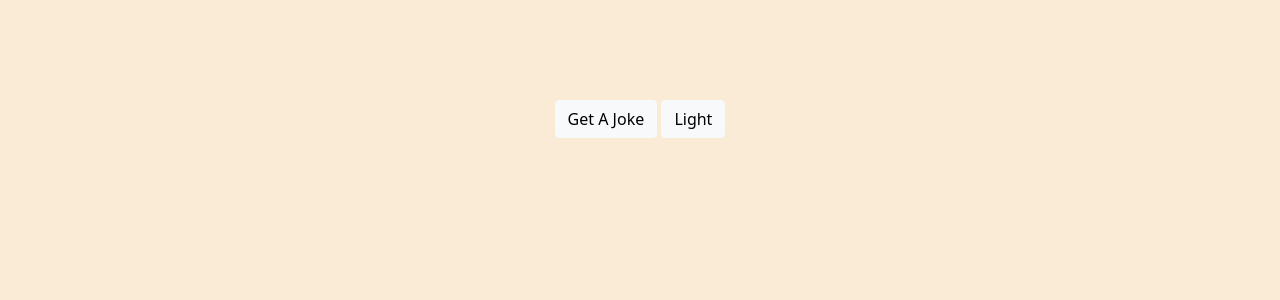
Repository: jontslater/jokegenerator2
Page: /
An editor plug-in stored every save of this project. The page is shown before and after a run of saves, followed by the edit.
The browser window is 1280 px wide. The pictures show the whole page.
The project was rebuilt for these pictures with package versions that can differ from the ones it lists, and the page was loaded fresh each time. Also part of the build but not shown: webpack.config.js.

Above is the page before, as saved 2023-11-20 20:53:13.

After the next 3 saves:
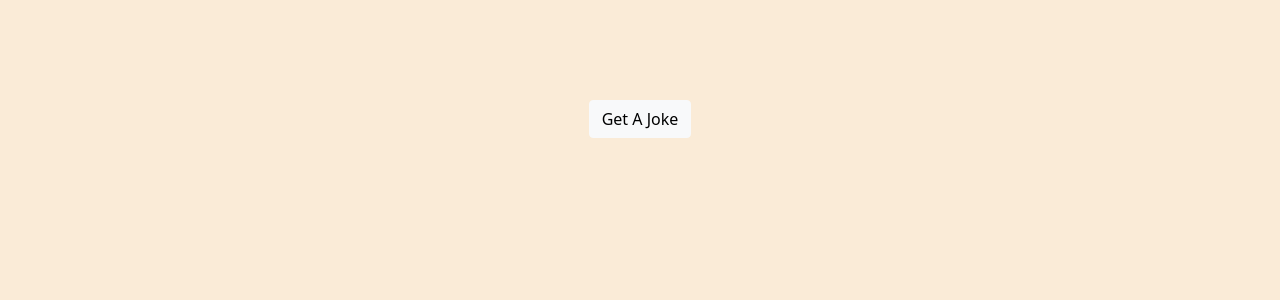
The 3 saves are shown as one change because 2 did not build or start.
The last was saved 17 min 31 s later.
--- a/public/main.js
+++ b/public/main.js
@@ -3,21 +3,25 @@
 import 'bootstrap'; // import bootstrap elements and js
 import '../styles/main.scss';
 import getRequest from '../api/promises';
+import renderToDom from '../utils/renderToDom';
 
 const init = () => {
   document.querySelector('#app').innerHTML = `
   <button id="getjoke" type="button" class="btn btn-light">Get A Joke</button>
-
-  <button id="getjoke2" type="button" class="btn btn-light">Light</button>`;
+  <div id='jokespot'></div>
+  <div id='jokespot'></div>`;
   console.warn('YOU ARE UP AND RUNNING!');
   document
     .querySelector('#getjoke')
     .addEventListener('click', () => {
-      getRequest();
+      getRequest().then((data) => {
+        renderToDom('#jokespot', data.setup);
+        renderToDom('jokespot2', data.delivery);
+      });
     });
-  document
-    .querySelector('#getjoke2')
-    .addEventListener('click', () => console.warn('You clicked that button!'));
+  // document
+  //   .querySelector('#getjoke2')
+  //   .addEventListener('click', () => console.warn('You clicked that button!'));
 
   // USE WITH FIREBASE AUTH
   // ViewDirectorBasedOnUserAuthStatus();
--- a/utils/renderToDom.js
+++ b/utils/renderToDom.js
@@ -1,3 +1,6 @@
-const renderToDOm = ('#app') =>{
-``
-}
+const renderToDom = (divId, content) => {
+  const selectedDiv = document.querySelector(divId);
+  selectedDiv.innerHTML = content;
+};
+
+export default renderToDom;
